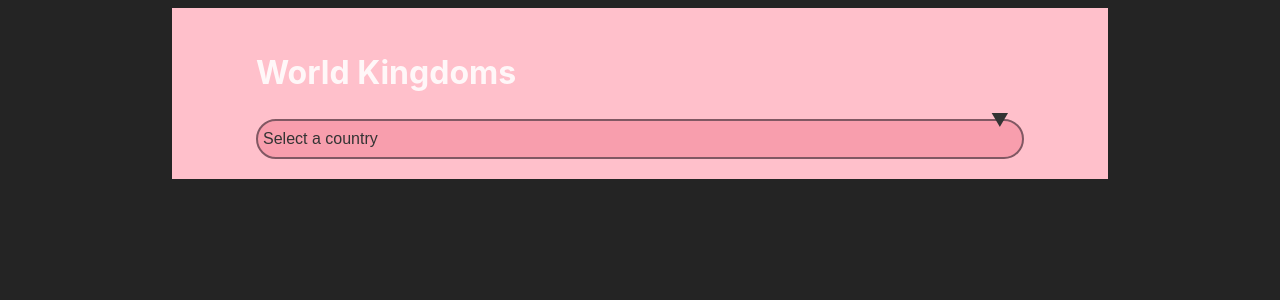
Repository: MonicaNguyenH/Lab-7_Frontend
Page: /countries
These files come from the project's save history. The page is drawn as it stood at one moment and after a run of saves; the edit follows.
The browser window is 1280 px wide. The pictures show the whole page.
The page's requests for data from a server got no answer. The project was rebuilt for these pictures with package versions that can differ from the ones it lists, and the page was loaded fresh each time. No one was signed in, and anything a server would have sent is missing. Also part of the build but not shown: vite.config.js, src/Details.jsx.

Above is the page before, as saved 2024-11-18 17:53:11.

### src/main.jsx
import React from 'react';
import ReactDOM from 'react-dom/client';
import App from './App';
import './index.css'; // Import your global CSS styles

ReactDOM.createRoot(document.getElementById('root')).render(
  <React.StrictMode>
    <App />
  </React.StrictMode>
);

### src/App.jsx
import { BrowserRouter as Router, Routes, Route } from 'react-router-dom';
import Countries from './Contries';
import Details from './Details';

export default function App() {
  return (
    <div className="container">
      <Router>
      <Routes>
        <Route path="/" element={<h1>Landing Page</h1>} />
        <Route path="/countries" element={<Countries />} />
        <Route path="countries/:cca2" element={<Details />} />
      </Routes>
    </Router>
  </div>
  );
}

### src/index.css
:root {
  font-family: Inter, system-ui, Avenir, Helvetica, Arial, sans-serif;
  line-height: 1.5;
  font-weight: 400;

  color-scheme: light dark;
  color: rgba(255, 255, 255, 0.87);
  background-color: #242424;

  font-synthesis: none;
  text-rendering: optimizeLegibility;
  -webkit-font-smoothing: antialiased;
  -moz-osx-font-smoothing: grayscale;
}

.container {
  width: 70vw;
  margin: auto;
  background-color: pink;
  display: flex;
  justify-content: center;
  flex-direction: column;
  padding: 20px;
}

.box {
  display: flex;
  justify-content: center;
  flex-direction: column;
  position: relative; /* To position the custom arrow inside the select */
  width: 60vw; /* Matches the width of the select */
  margin: auto;
}

select {
  appearance: none; /* Remove default dropdown arrow */
  -webkit-appearance: none; /* Safari support */
  -moz-appearance: none; /* Firefox support */
  background-color: rgb(248, 158, 173); /* Background color */
  border: 2px solid #815863; /* Border color */
  border-radius: 20px; /* Rounded corners */
  padding: 5px; /* Padding inside the dropdown */
  font-size: 16px; /* Font size */
  color: #333; /* Font color */
  width: 60vw; /* Width of the dropdown */
  height: 40px;
  cursor: pointer; /* Change cursor to pointer */
  margin: auto;
  align-items: center;
}

.box::after {
  content: "▼"; /* Custom dropdown arrow */
  position: absolute;
  right: 15px; /* Position arrow to the right */
  top: 70%; /* Center vertically */
  transform: translateY(-50%); /* Adjust for perfect centering */
  pointer-events: none; /* Make sure the arrow does not block clicks */
  color: #333; /* Arrow color */
  font-size: 18px; /* Adjust arrow size */
}

select:focus {
  outline: none; /* Remove default focus outline */
  border-color: #b03866; /* Focus border color */
  box-shadow: 0 0 5px rgba(0, 123, 255, 0.5); /* Optional focus shadow */
}

option {
  font-size: 16px;
}

### src/Contries.jsx
import { useState, useEffect } from "react";
import { useNavigate, Outlet } from "react-router-dom";

export default function Countries() {
  const [countries, setCountries] = useState([]);
  const [selectedCountry, setSelectedCountry] = useState("");
  const navigate = useNavigate();

  useEffect(() => {
    fetch("https://restcountries.com/v3.1/name/kingdom")
      .then((response) => {
        if (!response.ok) {
          throw new Error("Network response was not ok");
        }
        return response.json();
      })
      .then((data) => setCountries(data))
      .catch((error) => console.error("Error fetching countries:", error));
  }, []);

  const handleCountrySelect = (e) => {
    const value = e.target.value;

    // Handle navigation based on selection
    if (value === "") {
      navigate("/countries"); // Navigate to /countries page
    } else {
      const selected = countries.find((country) => country.cca2 === value);
      if (selected) {
        setSelectedCountry(selected);
        navigate(`/countries/${selected.cca2}`, { state: { data: selected } });
      }
    }
  };

  return (
    <div className="box">
      <h1 className="Title">World Kingdoms</h1>
      <select onChange={handleCountrySelect} value={selectedCountry?.cca2 || ""}>
        {/* Default option to navigate to /countries */}
        <option value="">Select a country</option>
        {/* Dynamically populate dropdown with country data */}
        {countries.map((country) => (
          <option key={country.cca2} value={country.cca2}>
            {country.name.common}
          </option>
        ))}
      </select>
      <Outlet />
    </div>
  );
}

Loaded but not shown: index.html (common file)

After the next 3 saves:
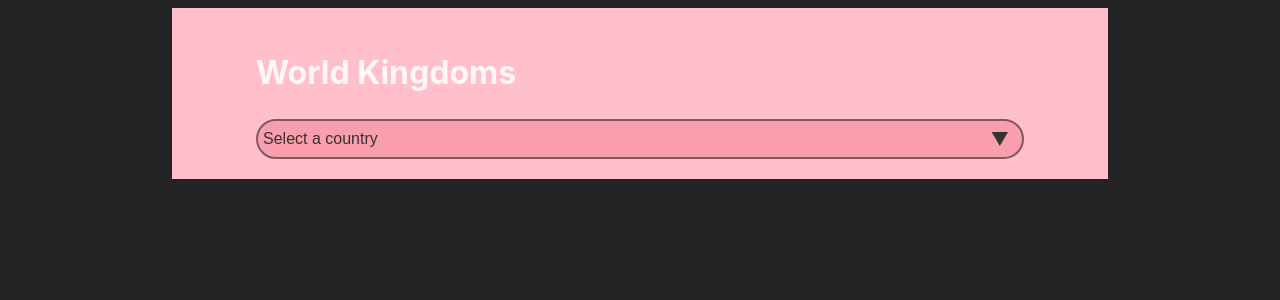
The 3 saves are shown as one change because they came seconds apart.
The last was saved 11 s later.
--- a/src/index.css
+++ b/src/index.css
@@ -53,7 +53,7 @@ select {
   content: "▼"; /* Custom dropdown arrow */
   position: absolute;
   right: 15px; /* Position arrow to the right */
-  top: 70%; /* Center vertically */
+  top: 85%; /* Center vertically */
   transform: translateY(-50%); /* Adjust for perfect centering */
   pointer-events: none; /* Make sure the arrow does not block clicks */
   color: #333; /* Arrow color */
